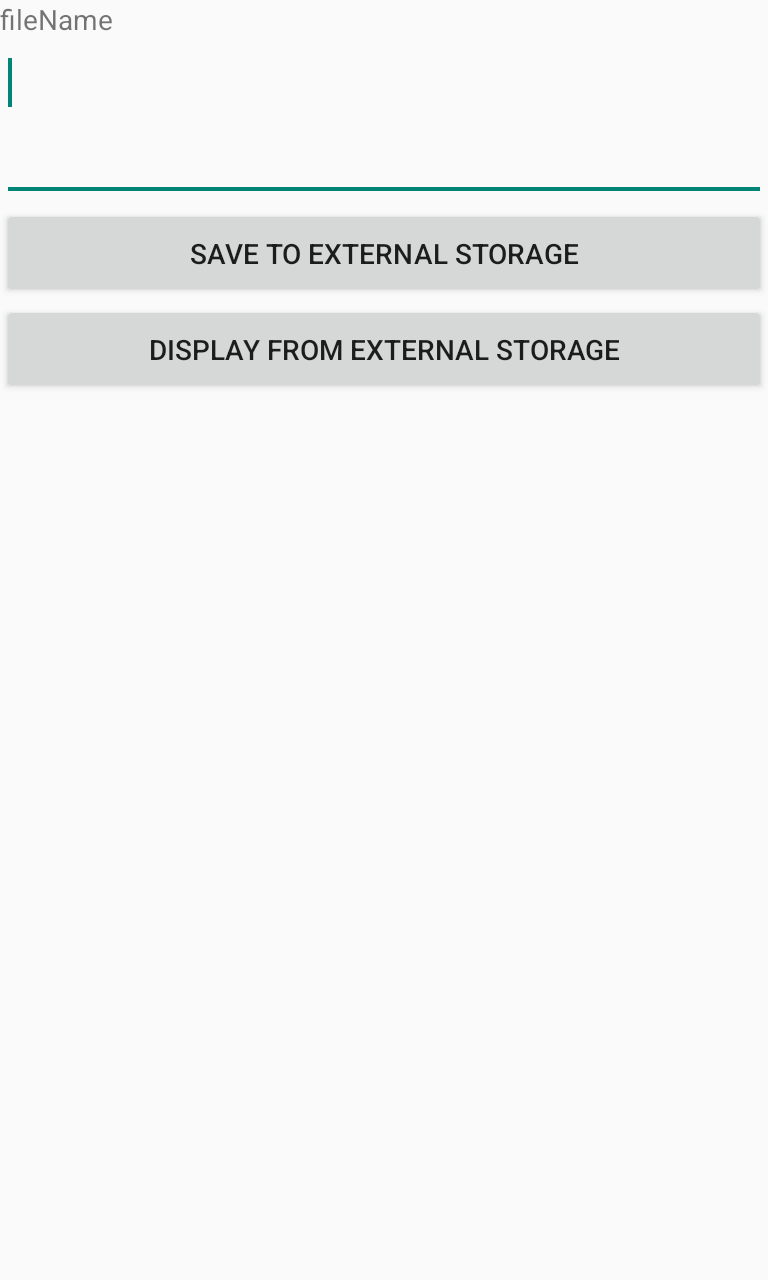
Repository: Smahane/SeniorProjectPOC
Layout: MyAssistant/res/layout/json_parse.xml
These files come from the project's save history. The layout is drawn as it stood at one moment and after the next save; the edit follows.
It is drawn on a 768 x 1280 px phone screen (xhdpi) without system bars, with theme AppTheme; the app's code is not run.

Above is the layout before, as saved 2014-12-13 16:41:34.

After the next save:
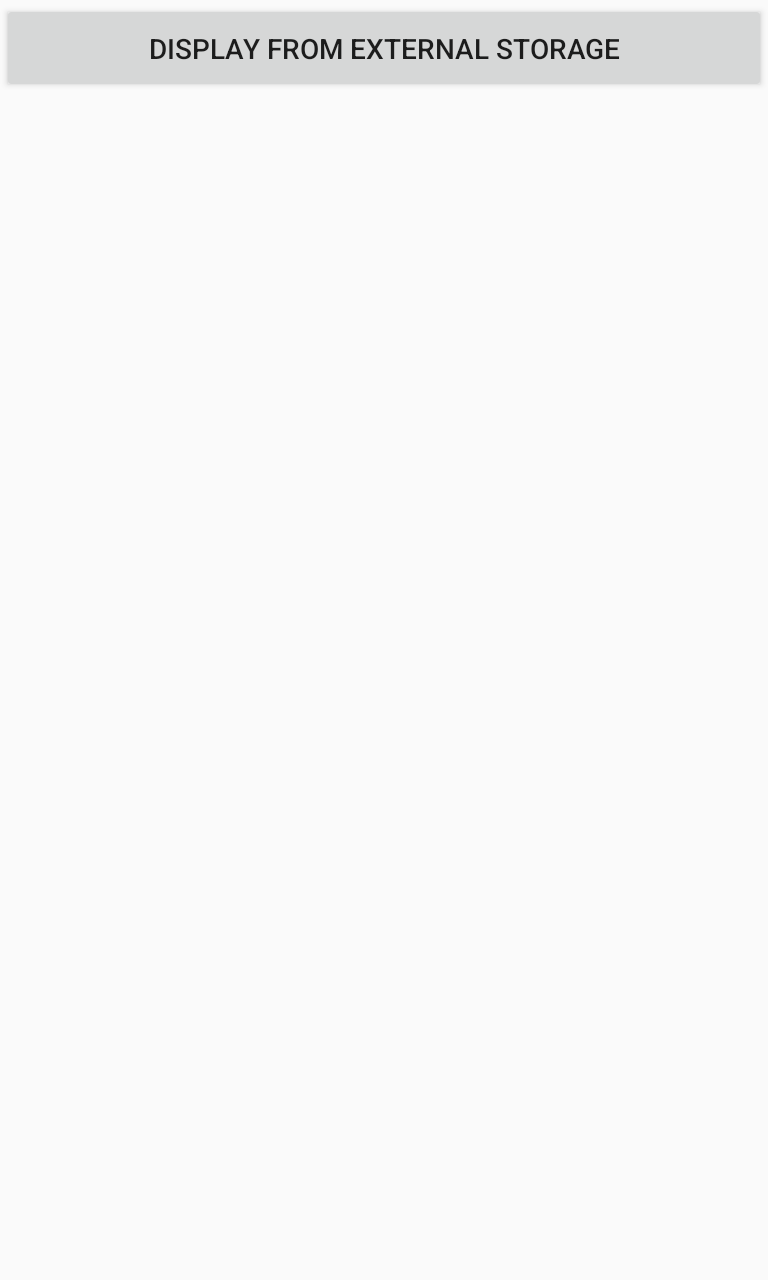
Saved 19 s later.
--- a/MyAssistant/res/layout/json_parse.xml
+++ b/MyAssistant/res/layout/json_parse.xml
@@ -4,42 +4,18 @@
     android:layout_height="fill_parent"
     android:orientation="vertical" >
 
-    <TextView
-        android:layout_width="fill_parent"
-        android:layout_height="wrap_content"
-        android:text="@string/fileName" />
+        <Button
+            android:id="@+id/getJasonFile"
+            android:layout_width="match_parent"
+            android:layout_height="wrap_content"
+            android:text="Display from External Storage" />
 
-    <EditText
-        android:id="@+id/myInputText"
-        android:layout_width="match_parent"
-        android:layout_height="wrap_content"
-        android:ems="10"
-        android:gravity="top|left"
-        android:inputType="textMultiLine"
-        android:lines="5"
-        android:minLines="3" >
-
-        <requestFocus />
-    </EditText>
-
-    <Button
-        android:id="@+id/saveExternalStorage"
-        android:layout_width="match_parent"
-        android:layout_height="wrap_content"
-        android:text="Save to External Storage" />
-
-    <Button
-        android:id="@+id/getExternalStorage"
-        android:layout_width="match_parent"
-        android:layout_height="wrap_content"
-        android:text="Display from External Storage" />
-
-    <TextView
-        android:id="@+id/responseText"
-        android:layout_width="wrap_content"
-        android:layout_height="wrap_content"
-        android:padding="5dp"
-        android:text=""
-        android:textAppearance="?android:attr/textAppearanceMedium" />
+        <TextView
+            android:id="@+id/responseText"
+            android:layout_width="wrap_content"
+            android:layout_height="wrap_content"
+            android:padding="5dp"
+            android:text=""
+            android:textAppearance="?android:attr/textAppearanceMedium" />
 
 </LinearLayout>
